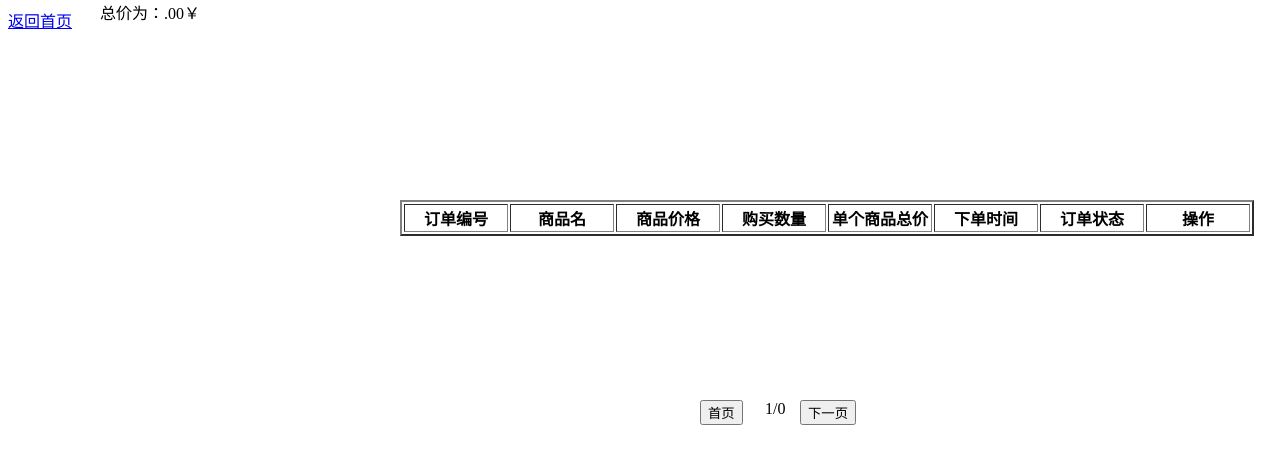
Repository: Gale-student/Gale-student.github.io
Page: http://localhost/weshop/OrdersDetailUnpaidQueryServlet
These files come from the project's save history. The page is drawn as it stood at one moment and after the next save; the edit follows.
The browser window is 1280 px wide. The pictures show the whole page.
The page is served by Tomcat 9. Other server files are loaded and not shown. Queries for data that is not in the repository find no rows.

Above is the page before, as saved 2022-10-05 11:03:11.

### WeShop/weshop/WebRoot/WEB-INF/jsp/OrdersUnpaidQueryOfUser.jsp
<%@ page language="java" import="java.util.*,com.company.entity.*" pageEncoding="utf-8"%>
<%
String path = request.getContextPath();
String basePath = request.getScheme()+"://"+request.getServerName()+":"+request.getServerPort()+path+"/";
%>

<!DOCTYPE HTML PUBLIC "-//W3C//DTD HTML 4.01 Transitional//EN">
<html>
  <head>
    <base href="<%=basePath%>">

    <title>My JSP 'OrdersUnpaidQueryOfUser.jsp' starting page</title>

	<meta http-equiv="pragma" content="no-cache">
	<meta http-equiv="cache-control" content="no-cache">
	<meta http-equiv="expires" content="0">
	<meta http-equiv="keywords" content="keyword1,keyword2,keyword3">
	<meta http-equiv="description" content="This is my page">
	<!--
	<link rel="stylesheet" type="text/css" href="styles.css">
	-->
  <%
      List<OrdersDetail> ordersDetailList = (List<OrdersDetail>)request.getAttribute("ordersDetailList");

      int currentPage = (Integer) session.getAttribute("currentPage");
      int allPage = (Integer) session.getAttribute("allPage");

      String upPage = "上一页";
      String downPage = "下一页";
      if(currentPage == 1){
         upPage = "首页";
      }
      if(currentPage == allPage){
         downPage = "尾页";
      }

      String totalPrice = (String) request.getAttribute("totalPrice");
      if(totalPrice == null){
         totalPrice = "";
      }
   %>
    <style type="text/css">
     th{
        width: 100px;
     }
     td{
        width: 100px;
     }
   </style>
  </head>

  <body>
   <a href="ShoppingHomePage.jsp">返回首页</a>
    <table style="position: absolute; left: 400px; top: 200px; text-align: center;" border="2" cellspacing="2">
       <tr>
          <th>订单编号</th>
          <th>商品名</th>
          <th>商品价格</th>
          <th>购买数量</th>
          <th>单个商品总价</th>
          <th>下单时间</th>
          <th>订单状态</th>
          <th>操作</th>
       </tr>
       <%for(int i = 0; i < ordersDetailList.size(); i ++){ %>
       <tr>
          <td><%=ordersDetailList.get(i).getOid() %></td>
          <td><%=ordersDetailList.get(i).getSname() %></td>
          <td><%=ordersDetailList.get(i).getSprice() %>.00￥</td>
          <td><%=ordersDetailList.get(i).getQuantity() %>.0</td>
          <td><%=ordersDetailList.get(i).getShopPrice() %>.00￥</td>
          <td><%=ordersDetailList.get(i).getDate() %></td>
          <td><%=ordersDetailList.get(i).getStatus() %></td>
          <td>
             <form action="OrdersCancelOfUserServlet" method="post">
                <input style="position: absolute; visibility: hidden;" type="text" value=<%=ordersDetailList.get(i).getOid() %> name="oid">
                <input type="submit" value="取消订单">
             </form>
          </td>
       </tr>
       <%} %>
    </table>
    <div style="position: absolute; left: 700px; top: 400px;">
    <form action="OrdersDetailUnpaidUpPageServlet" method="post">
       <input type="submit" value=<%=upPage %>>
    </form>
    <label style="position: absolute; top: 0px; left: 65px;"><%=currentPage + "/" + allPage %></label>
    <form style="position: absolute; top: 0px; left: 100px;" action="OrdersDetailUnpaidDownPageServlet" method="post">
       <input type="submit" value=<%=downPage %>>
    </form>

    </div>
    <label style="position: absolute; left: 100px; top: 0px;">总价为：<%=totalPrice %>.00￥</label>
  </body>
</html>

### WeShop/weshop/src/com/company/controller/OrdersDetailUnpaidQueryServlet.java
package com.company.controller;

import java.io.IOException;
import java.io.PrintWriter;
import java.util.List;

import javax.servlet.ServletException;
import javax.servlet.http.HttpServlet;
import javax.servlet.http.HttpServletRequest;
import javax.servlet.http.HttpServletResponse;
import javax.servlet.http.HttpSession;

import com.company.entity.OrdersDetail;
import com.company.service.OrdersService;
import com.company.service.OrdersServiceImpl;

public class OrdersDetailUnpaidQueryServlet extends HttpServlet {

	/**
	 * The doGet method of the servlet. <br>
	 *
	 * This method is called when a form has its tag value method equals to get.
	 *
	 * @param request the request send by the client to the server
	 * @param response the response send by the server to the client
	 * @throws ServletException if an error occurred
	 * @throws IOException if an error occurred
	 */
	public void doGet(HttpServletRequest request, HttpServletResponse response)
			throws ServletException, IOException {

		doPost(request, response);
	}

	/**
	 * The doPost method of the servlet. <br>
	 *
	 * This method is called when a form has its tag value method equals to post.
	 *
	 * @param request the request send by the client to the server
	 * @param response the response send by the server to the client
	 * @throws ServletException if an error occurred
	 * @throws IOException if an error occurred
	 */
	public void doPost(HttpServletRequest request, HttpServletResponse response)
			throws ServletException, IOException {

		HttpSession hs = request.getSession();
		String uid = (String)hs.getAttribute("uid");
		OrdersService ordersService = new OrdersServiceImpl();
		try {
			List<OrdersDetail> ordersDetailList = ordersService.queryOrdersDetailUnpaid(uid, 0);
			int allRows = ordersService.OrdersDetailUnpaidAllRows(uid);
			int allPage = allRows / 3;
			if(allRows % 3 != 0){
				allPage ++;
			}
			String totalPrice = ordersService.queryTotalPriceOfUserUnpaidOrders(uid);
			request.setAttribute("totalPrice", totalPrice);
			hs.setAttribute("allPage", allPage);
			hs.setAttribute("currentPage", 1);
			request.setAttribute("ordersDetailList", ordersDetailList);
			request.getRequestDispatcher("WEB-INF/jsp/OrdersUnpaidQueryOfUser.jsp").forward(request, response);
		} catch (Exception e) {
			// TODO Auto-generated catch block
			e.printStackTrace();
		}

	}

}

### WeShop/weshop/src/com/company/service/OrdersServiceImpl.java
package com.company.service;

import java.util.List;

import com.company.dao.OrdersDao;
import com.company.dao.OrdersDaoImpl;
import com.company.entity.Orders;
import com.company.entity.OrdersDetail;

public class OrdersServiceImpl implements OrdersService {
	private OrdersDao ordersDao = new OrdersDaoImpl();

    //获取订单表总行数
	public int OrdersAllRows() throws Exception {
		int ordersAllRows = ordersDao.OrdersAllRows();
		return ordersAllRows;
	}

    //添加订单(购买 下单 默认未支付状态)
	public void addOrders(String uid, String sid, String quantity)
			throws Exception {
		ordersDao.insertOrders(uid, sid, quantity);
	}

    //取消订单
	public void cancelOrders(String oid) throws Exception {
		ordersDao.deleteOrders(oid);
	}

    //订单表分页
	public List<Orders> ordersPagingQuery(int page) throws Exception {
		List<Orders> ordersList = ordersDao.ordersPaging(page * 3, 3);
		return ordersList;
	}

    //根据订单编号查订单
	public List<Orders> queryOrdersByOid(String oid) throws Exception {
		List<Orders> ordersList = ordersDao.selectOrdersByOid(oid);
		return ordersList;
	}

    //查看未支付订单
	public List<Orders> queryOrdersByStatusUnpaid() throws Exception {
		List<Orders> ordersList = ordersDao.selectOrdersByStatusUnpaid();
		return ordersList;
	}

	//通过用户ID查订单
	public List<Orders> queryOrdersByUid(String uid) throws Exception {
		List<Orders> ordersList = ordersDao.selectOrdersByUid(uid);
		return ordersList;
	}

	//修改商品数量
	public void modifyQuantity(String sid, String quantity) throws Exception {
		ordersDao.updateQuantity(sid, quantity);
	}

	//查找所有订单
	public List<Orders> queryAllOrders() throws Exception {
		List<Orders> ordersList = ordersDao.selectAllOrders();
		return ordersList;
	}

	//查看用户所有订单详情
	public List<OrdersDetail> selectOrdersDetail(String uid, int page) throws Exception {
		List<OrdersDetail> ordersDetailList = ordersDao.selectOrdersDetail(uid, page * 3, 3);
		return ordersDetailList;
	}

	//获取用户订单表总行数
	public int OrdersDetailAllRows(String uid) throws Exception {
		int ordersDetailAllRows = ordersDao.OrdersDetailAllRows(uid);
		return ordersDetailAllRows;
	}

	//获取用户未支付订单总行数
	public int OrdersDetailUnpaidAllRows(String uid) throws Exception {
		int ordersDetailUnpaidAllRows = ordersDao.OrdersDetailUnpaidAllRows(uid);
		return ordersDetailUnpaidAllRows;
	}

	//查看用户未支付订单详情
	public List<OrdersDetail> queryOrdersDetailUnpaid(String uid, int page) throws Exception {
		List<OrdersDetail> ordersDetaiUnpaidlList = ordersDao.selectOrdersDetailUnpaid(uid, page * 3, 3);
		return ordersDetaiUnpaidlList;
	}

	public String queryTotalPriceOfUserUnpaidOrders(String uid)
			throws Exception {
		String totalPrice = ordersDao.selectTotalPriceOfUserUnpaidOrders(uid);
		return totalPrice;
	}


}

### WeShop/weshop/src/com/company/dao/OrdersDao.java
package com.company.dao;

import java.util.List;

import com.company.entity.Orders;
import com.company.entity.OrdersDetail;

public interface OrdersDao {
	//删除订单(取消订单)
	public void deleteOrders(String oid) throws Exception;
	//订单表分页
	public List<Orders> ordersPaging(int offset, int count) throws Exception;
	//获取订单表总行数
	public int OrdersAllRows() throws Exception;
	//根据订单号查找订单
	public List<Orders> selectOrdersByOid(String oid) throws Exception;
	//查看未支付订单
	public List<Orders> selectOrdersByStatusUnpaid() throws Exception;
	//用户下单(添加订单)
	public void insertOrders(String uid, String sid, String quantity) throws Exception;
	//根据用户ID查订单
	public List<Orders> selectOrdersByUid(String uid) throws Exception;
	//更新订单中商品数量
	public void updateQuantity(String sid, String quantity) throws Exception;
	//查寻所有订单
	public List<Orders> selectAllOrders() throws Exception;
	//订单详情表分页(用户)
	public List<OrdersDetail> selectOrdersDetail(String uid, int offset, int count) throws Exception;
	//获取用户订单表总行数
	public int OrdersDetailAllRows(String uid) throws Exception;
	//用户未支付订单分页查询
	public List<OrdersDetail> selectOrdersDetailUnpaid(String uid, int offset, int count) throws Exception;
	//获取用户未支付订单表总行数
	public int OrdersDetailUnpaidAllRows(String uid) throws Exception;
	//获取所有未支付订单的总价
	public String selectTotalPriceOfUserUnpaidOrders(String uid) throws Exception;
}

### WeShop/weshop/src/com/company/dao/OrdersDaoImpl.java
package com.company.dao;

import java.sql.Connection;
import java.sql.Date;
import java.sql.DriverManager;
import java.sql.PreparedStatement;
import java.sql.ResultSet;
import java.text.DateFormat;
import java.util.ArrayList;
import java.util.List;

import com.company.entity.Orders;
import com.company.entity.OrdersDetail;
import com.company.entity.User;

public class OrdersDaoImpl implements OrdersDao {
	private String url = "jdbc:mysql://localhost:3306/test?characterEncoding=utf-8";
    private String username = "root";
    private String password = "root";

    //获取订单表总行数(管理员)
	public int OrdersAllRows() throws Exception {
		Class.forName("com.mysql.jdbc.Driver");
		Connection conn = DriverManager.getConnection(url, username, password);
		String sql = " select count(*) as rows from orders ";
		PreparedStatement ps = conn.prepareStatement(sql);
		ResultSet rs = ps.executeQuery();
		rs.next();
		int rows = rs.getInt("rows");
		return rows;
	}

    //删除订单(管理员)
	public void deleteOrders(String oid) throws Exception {
		Class.forName("com.mysql.jdbc.Driver");
		Connection conn = DriverManager.getConnection(url, username, password);
		String sql = " delete from orders where oid = ? ";
		PreparedStatement ps = conn.prepareStatement(sql);
		ps.setString(1, oid);
		ps.execute();
		conn.close();

	}

    //订单表分页(管理员)
	public List<Orders> ordersPaging(int offset, int count) throws Exception {
		Class.forName("com.mysql.jdbc.Driver");
		Connection conn = DriverManager.getConnection(url, username, password);
		String sql = " select * from orders limit ?, ? ";
		PreparedStatement ps = conn.prepareStatement(sql);
		ps.setInt(1, offset);
		ps.setInt(2, count);
		ResultSet rs = ps.executeQuery();
		List<Orders> ordersList = new ArrayList<Orders>();
		while(rs.next()){
			String oid = rs.getString("oid");
			String uid = rs.getString("uid");
			String sid = rs.getString("sid");
			String quantity = rs.getString("quantity");
			String date = rs.getString("date");
			String status = rs.getString("status");
			Orders orders = new Orders();
			orders.setOid(oid);
			orders.setUid(uid);
			orders.setSid(sid);
			orders.setQuantity(quantity);
			orders.setDate(date);
			orders.setStatus(status);
            ordersList.add(orders);
		}
		return ordersList;
	}

    //根据订单号查找订单(管理员)
	public List<Orders> selectOrdersByOid(String oid) throws Exception {
		Class.forName("com.mysql.jdbc.Driver");
		Connection conn = DriverManager.getConnection(url, username, password);
		String sql = " select * from orders where oid = ? ";
		PreparedStatement ps = conn.prepareStatement(sql);
		ps.setString(1, oid);
		ResultSet rs = ps.executeQuery();
		List<Orders> ordersList = new ArrayList<Orders>();
		while(rs.next()){
			String uid = rs.getString("uid");
			String sid = rs.getString("sid");
			String quantity = rs.getString("quantity");
			String date = rs.getString("date");
			String status = rs.getString("status");
			Orders orders = new Orders();
			orders.setOid(oid);
			orders.setUid(uid);
			orders.setSid(sid);
			orders.setQuantity(quantity);
			orders.setDate(date);
			orders.setStatus(status);
			ordersList.add(orders);
		}
		return ordersList;
	}

    //查看未支付订单(管理员)
	public List<Orders> selectOrdersByStatusUnpaid() throws Exception {
		Class.forName("com.mysql.jdbc.Driver");
		Connection conn = DriverManager.getConnection(url, username, password);
		String sql = " select * from orders where status = '0' ";
		PreparedStatement ps = conn.prepareStatement(sql);
		ResultSet rs = ps.executeQuery();
		List<Orders> ordersList = new ArrayList<Orders>();
		while(rs.next()){
			String oid = rs.getString("oid");
			String uid = rs.getString("uid");
			String sid = rs.getString("sid");
			String quantity = rs.getString("quantity");
			String date = rs.getString("date");
			String status = rs.getString("status");
			Orders orders = new Orders();
			orders.setOid(oid);
			orders.setUid(uid);
			orders.setSid(sid);
			orders.setQuantity(quantity);
			orders.setDate(date);
			orders.setStatus(status);
			ordersList.add(orders);
		}
		return ordersList;
	}

	//添加订单(用户购买)
	public void insertOrders(String uid, String sid, String quantity) throws Exception {
		Class.forName("com.mysql.jdbc.Driver");
		Connection conn = DriverManager.getConnection(url, username, password);

		System.currentTimeMillis();
		String oid = "" + System.currentTimeMillis();
		String sql = " insert into orders values ( ?, ?, ?, ?, now(), 0 ) ";
		PreparedStatement ps = conn.prepareStatement(sql);
		ps.setString(1, oid);
		ps.setString(2, uid);
		ps.setString(3, sid);
		ps.setString(4, quantity);
		ps.execute();
		conn.close();

	}

	//根据用户ID查询订单(管理员)
	public List<Orders> selectOrdersByUid(String uid) throws Exception {
		Class.forName("com.mysql.jdbc.Driver");
		Connection conn = DriverManager.getConnection(url, username, password);
		String sql = " select * from orders where uid = ? ";
		PreparedStatement ps = conn.prepareStatement(sql);
		ps.setString(1, uid);
		ResultSet rs = ps.executeQuery();
		List<Orders> ordersList = new ArrayList<Orders>();
		while(rs.next()){
			String oid = rs.getString("oid");
			String sid = rs.getString("sid");
			String quantity = rs.getString("quantity");
			String date = rs.getString("date");
			String status = rs.getString("status");
			Orders orders = new Orders();
			orders.setOid(oid);
			orders.setUid(uid);
			orders.setSid(sid);
			orders.setQuantity(quantity);
			orders.setDate(date);
			orders.setStatus(status);
			ordersList.add(orders);
		}
		return ordersList;
	}

	//更新订单中商品数量(用户 添加相同商品)
	public void updateQuantity(String sid, String quantity) throws Exception {
		Class.forName("com.mysql.jdbc.Driver");
		Connection conn = DriverManager.getConnection(url, username, password);
		String sql = " update orders set quantity = quantity + ? where sid = ? and status = 0 ";
		PreparedStatement ps = conn.prepareStatement(sql);
		ps.setString(1, quantity);
		ps.setString(2, sid);
		ps.execute();
		conn.close();
	}

	//查询所有订单(管理员)
	public List<Orders> selectAllOrders() throws Exception {
		Class.forName("com.mysql.jdbc.Driver");
		Connection conn = DriverManager.getConnection(url, username, password);
		String sql = " select * from orders ";
		PreparedStatement ps = conn.prepareStatement(sql);
		ResultSet rs = ps.executeQuery();
		List<Orders> ordersList = new ArrayList<Orders>();
		while(rs.next()){
			String oid = rs.getString("oid");
			String uid = rs.getString("uid");
			String sid = rs.getString("sid");
			String quantity = rs.getString("quantity");
			String date = rs.getString("date");
			String status = rs.getString("status");
			Orders orders = new Orders();
			orders.setOid(oid);
			orders.setUid(uid);
			orders.setSid(sid);
			orders.setQuantity(quantity);
			orders.setDate(date);
			orders.setStatus(status);
			ordersList.add(orders);
		}
		return ordersList;
	}

	//用户订单详情表分页
	public List<OrdersDetail> selectOrdersDetail(String uid, int offset, int count) throws Exception {
		Class.forName("com.mysql.jdbc.Driver");
		Connection conn = DriverManager.getConnection(url, username, password);
		String sql = " select o.oid, o.uid, s.sname, s.sprice, o.quantity,  " +
				"(o.quantity * s.sprice) as shopPrice, o.date, o.status from orders " +
				"o inner join shop s where s.sid = o.sid and o.uid = ? limit ?, ? ";
		PreparedStatement ps = conn.prepareStatement(sql);
		ps.setString(1, uid);
		ps.setInt(2, offset);
		ps.setInt(3, count);
		ResultSet rs = ps.executeQuery();
		List<OrdersDetail> ordersDetailList = new ArrayList<OrdersDetail>();
		while(rs.next()){
			String oid = rs.getString("oid");
			String sname = rs.getString("sname");
			String sprice = rs.getString("sprice");
			String quantity = rs.getString("quantity");
			String shopPrice = rs.getString("shopPrice");
			String date = rs.getString("date");
			String status = rs.getString("status");
			OrdersDetail ordersDetail = new OrdersDetail();
			ordersDetail.setOid(oid);
			ordersDetail.setUid(uid);
			ordersDetail.setSname(sname);
			ordersDetail.setSprice(sprice);
			ordersDetail.setQuantity(quantity);
			ordersDetail.setShopPrice(shopPrice);
			ordersDetail.setDate(date);
			ordersDetail.setStatus(status);
			ordersDetailList.add(ordersDetail);
		}
		return ordersDetailList;
	}

	//获取用户订单详情表总行数
	public int OrdersDetailAllRows(String uid) throws Exception {
		Class.forName("com.mysql.jdbc.Driver");
		Connection conn = DriverManager.getConnection(url, username, password);
		String sql = " select count(*) as rows from orders where uid = ? ";
		PreparedStatement ps = conn.prepareStatement(sql);
		ps.setString(1, uid);
		ResultSet rs = ps.executeQuery();
		rs.next();
		int rows = rs.getInt("rows");
		conn.close();
		return rows;
	}

	//获取用户未支付订单总行数
	public int OrdersDetailUnpaidAllRows(String uid) throws Exception {
		Class.forName("com.mysql.jdbc.Driver");
		Connection conn = DriverManager.getConnection(url, username, password);
		String sql = " select count(*) as rows from orders where uid = ? and status = 0 ";
		PreparedStatement ps = conn.prepareStatement(sql);
		ps.setString(1, uid);
		ResultSet rs = ps.executeQuery();
		rs.next();
		int rows = rs.getInt("rows");
		conn.close();
		return rows;
	}

	//查询用户未支付订单
	public List<OrdersDetail> selectOrdersDetailUnpaid(String uid, int offset,
			int count) throws Exception {
		Class.forName("com.mysql.jdbc.Driver");
		Connection conn = DriverManager.getConnection(url, username, password);
		String sql = " select o.oid, o.uid, s.sname, s.sprice, o.quantity,  " +
				"(o.quantity * s.sprice) as shopPrice, o.date, o.status from orders " +
				"o inner join shop s where s.sid = o.sid and o.uid = ? and o.status = 0 limit ?, ? ";
		PreparedStatement ps = conn.prepareStatement(sql);
		ps.setString(1, uid);
		ps.setInt(2, offset);
		ps.setInt(3, count);
		ResultSet rs = ps.executeQuery();
		List<OrdersDetail> ordersDetailList = new ArrayList<OrdersDetail>();
		while(rs.next()){
			String oid = rs.getString("oid");
			String sname = rs.getString("sname");
			String sprice = rs.getString("sprice");
			String quantity = rs.getString("quantity");
			String shopPrice = rs.getString("shopPrice");
			String date = rs.getString("date");
			String status = rs.getString("status");
			OrdersDetail ordersDetail = new OrdersDetail();
			ordersDetail.setOid(oid);
			ordersDetail.setUid(uid);
			ordersDetail.setSname(sname);
			ordersDetail.setSprice(sprice);
			ordersDetail.setQuantity(quantity);
			ordersDetail.setShopPrice(shopPrice);
			ordersDetail.setDate(date);
			ordersDetail.setStatus(status);
			ordersDetailList.add(ordersDetail);
		}
		return ordersDetailList;
	}

	//获取用户未支付订单的总价
	public String selectTotalPriceOfUserUnpaidOrders(String uid)
			throws Exception {
		Class.forName("com.mysql.jdbc.Driver");
		Connection conn = DriverManager.getConnection(url, username, password);
		String sql = " select sum(o.quantity * s.sprice) as totalPrice from orders o inner join shop s where uid = ? and status = 0 ";
		PreparedStatement ps = conn.prepareStatement(sql);
		ps.setString(1, uid);
		ResultSet rs = ps.executeQuery();
		rs.next();
		String totalPrice = rs.getString("totalPrice");
		return totalPrice;
	}

}

After the next save:
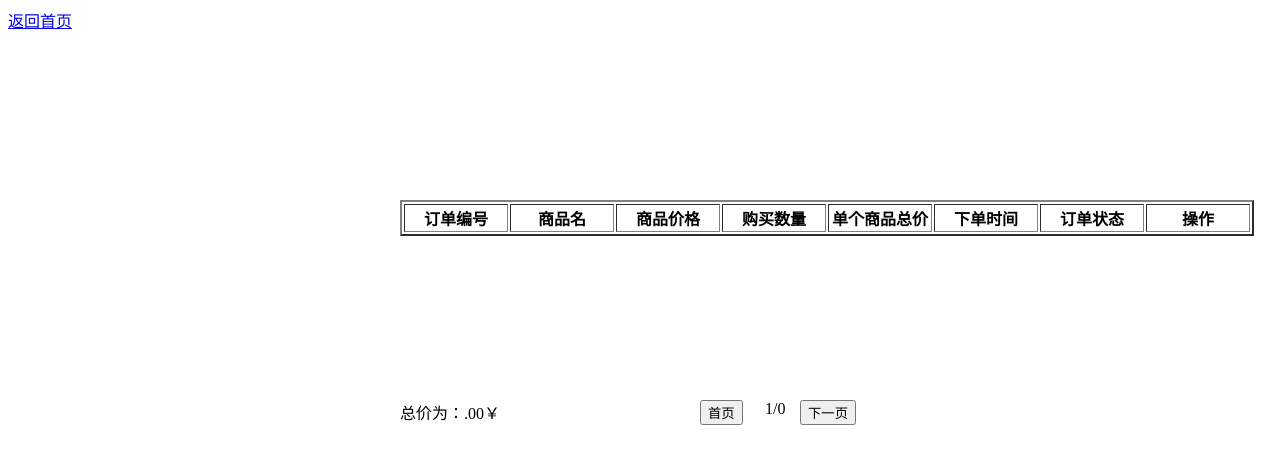
Saved 21 s later.
--- a/WeShop/weshop/WebRoot/WEB-INF/jsp/OrdersUnpaidQueryOfUser.jsp
+++ b/WeShop/weshop/WebRoot/WEB-INF/jsp/OrdersUnpaidQueryOfUser.jsp
@@ -90,6 +90,6 @@ String basePath = request.getScheme()+"://"+request.getServerName()+":"+request.
     </form>
 
     </div>
-    <label style="position: absolute; left: 100px; top: 0px;">总价为：<%=totalPrice %>.00￥</label>
+    <label style="position: absolute; left: 400px; top: 400px;">总价为：<%=totalPrice %>.00￥</label>
   </body>
 </html>
